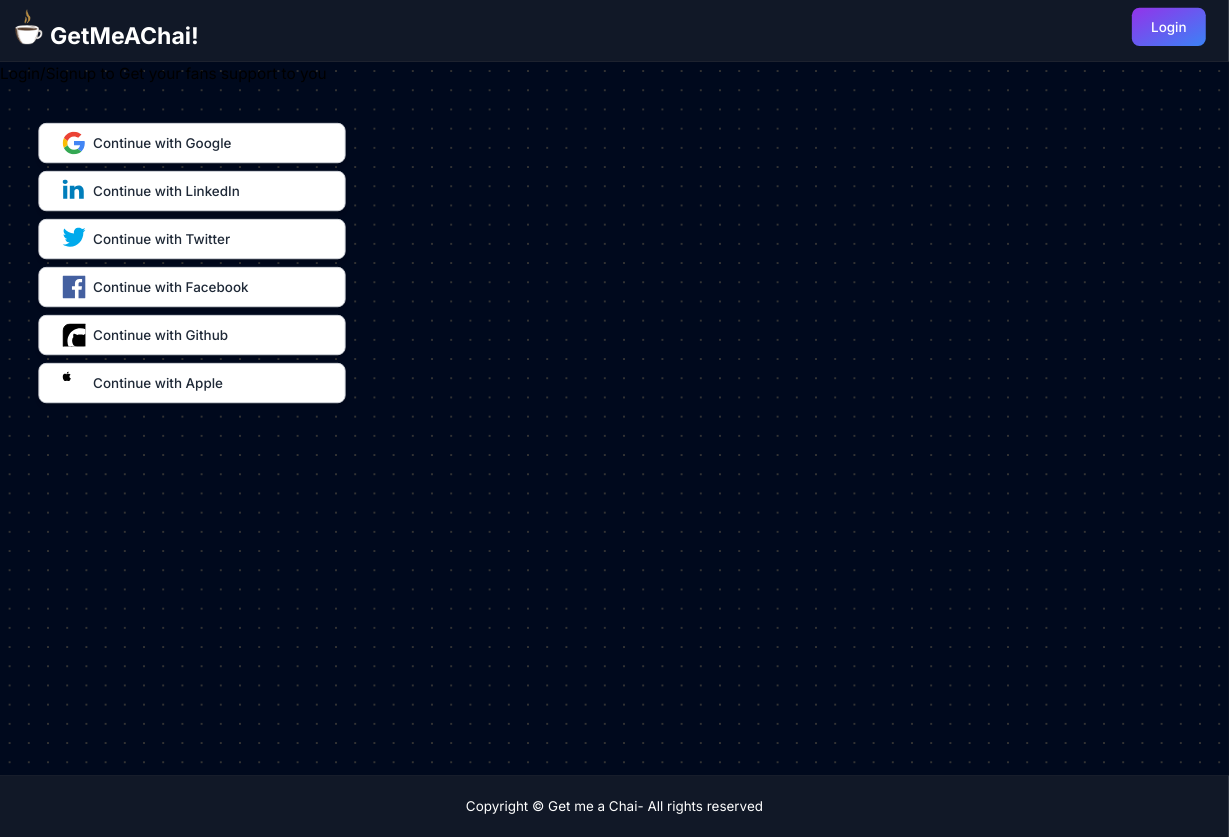
Repository: sarthaktomar579/saharaWorks
Page: /login
The author's editor kept a copy of each file at every save. The page is drawn from the files as they stood at one save, then again after the next save.
The browser window is 1280 px wide. The pictures show the whole page, at 96% of full size.
The project was rebuilt for these pictures with package versions that can differ from the ones it lists, and the page was loaded fresh each time. The framework's server and built-in components were replaced by stand-ins that run in the browser. Also part of the build but not shown: next.config.mjs.

Above is the page before, as saved 2024-08-31 20:50:31.

After the next save:
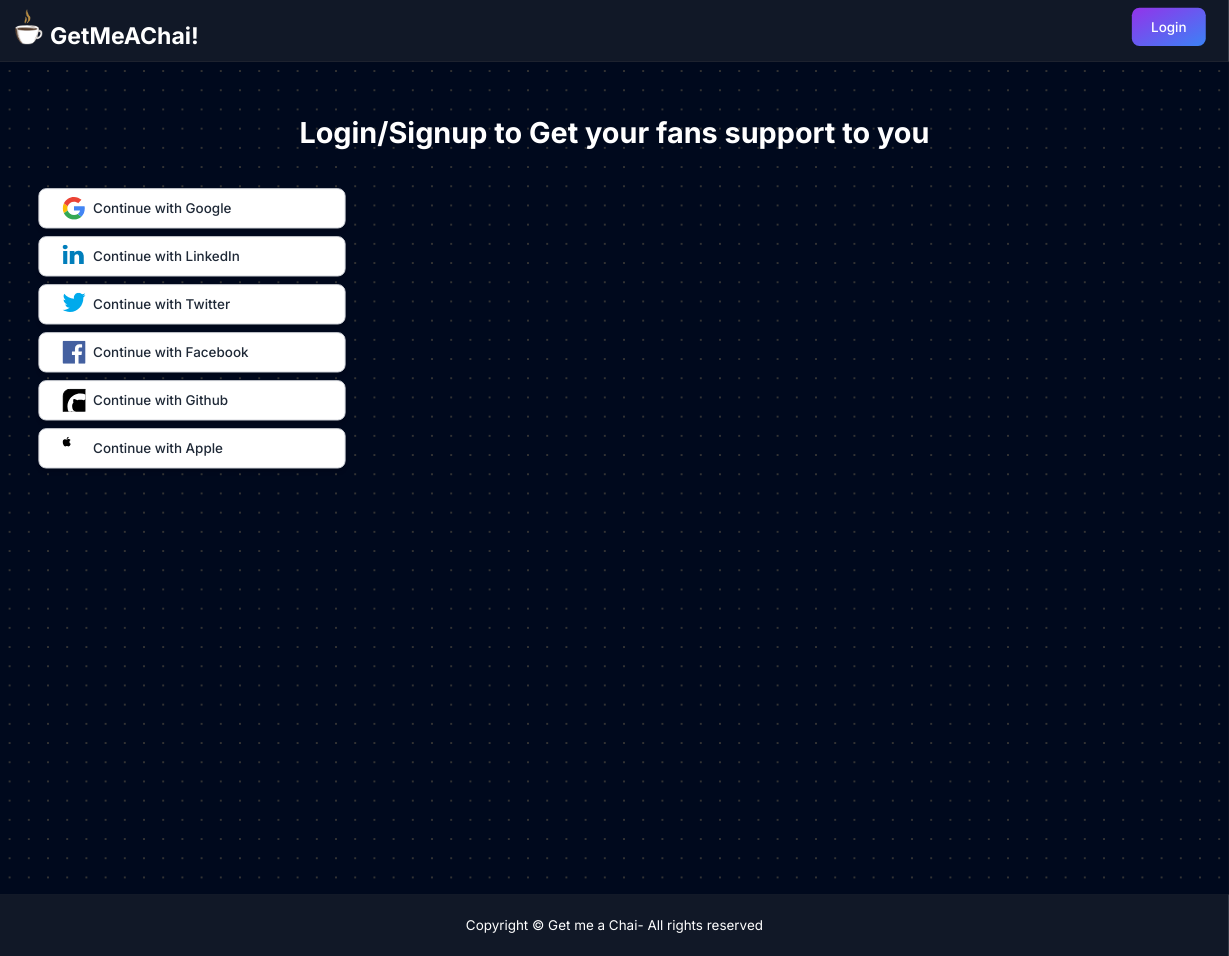
Saved 5 s later.
--- a/app/login/page.js
+++ b/app/login/page.js
@@ -2,8 +2,8 @@
 
 const Login = () => {
     return (
-        <div classNameName='mx-auto py-14 text-white'>
-            <h1 classNameName='text-center text-3xl font-bold'>
+        <div className='mx-auto py-14 text-white'>
+            <h1 className='text-center text-3xl font-bold'>
                 Login/Signup to Get your fans support to you
             </h1>
             <div className="flex flex-col gap-2 min-h-screen p-10">
